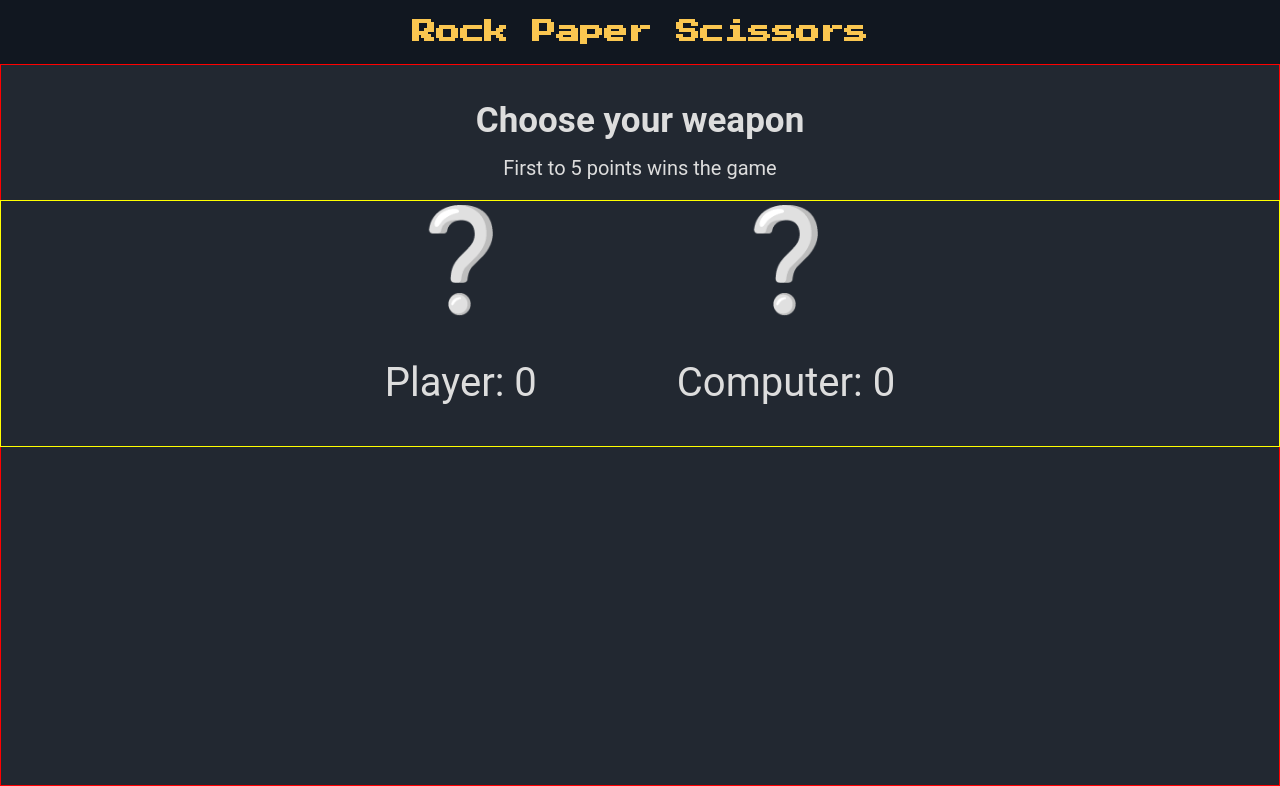
Repository: Aaryan-Poria/Rock-Paper-Scissors
Page: index.html
The author's editor kept a copy of each file at every save. The page is drawn from the files as they stood at one save, then again after the next save.
The browser window is 1280 px wide. The pictures show the whole page.

Above is the page before, as saved 2023-08-22 22:59:17.

After the next save:
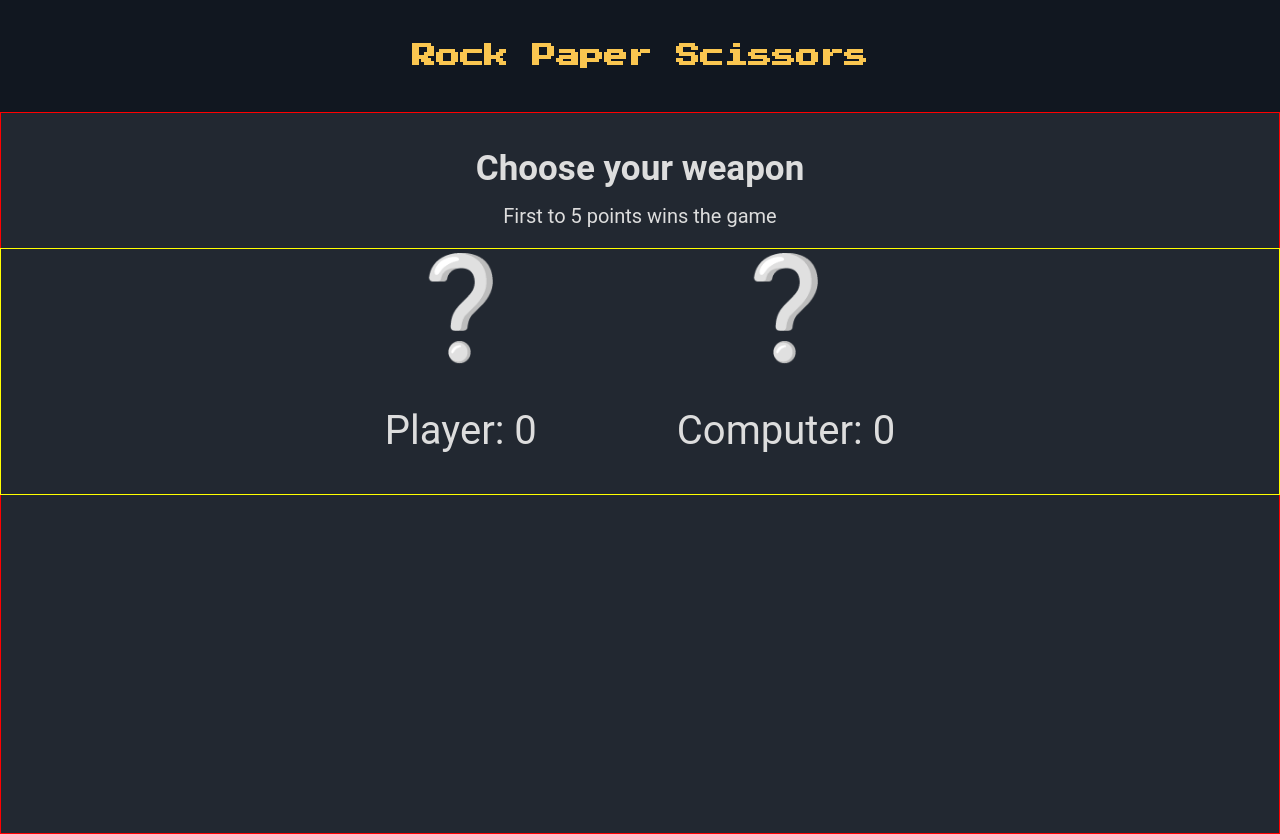
Saved 105 s later.
--- a/style.css
+++ b/style.css
@@ -13,6 +13,7 @@ body {
   color: #fac650;
   background-color: #111720;
   font-family: "Press Start 2P", cursive;
+  height: 7rem;
 }
 .main {
   display: flex;
